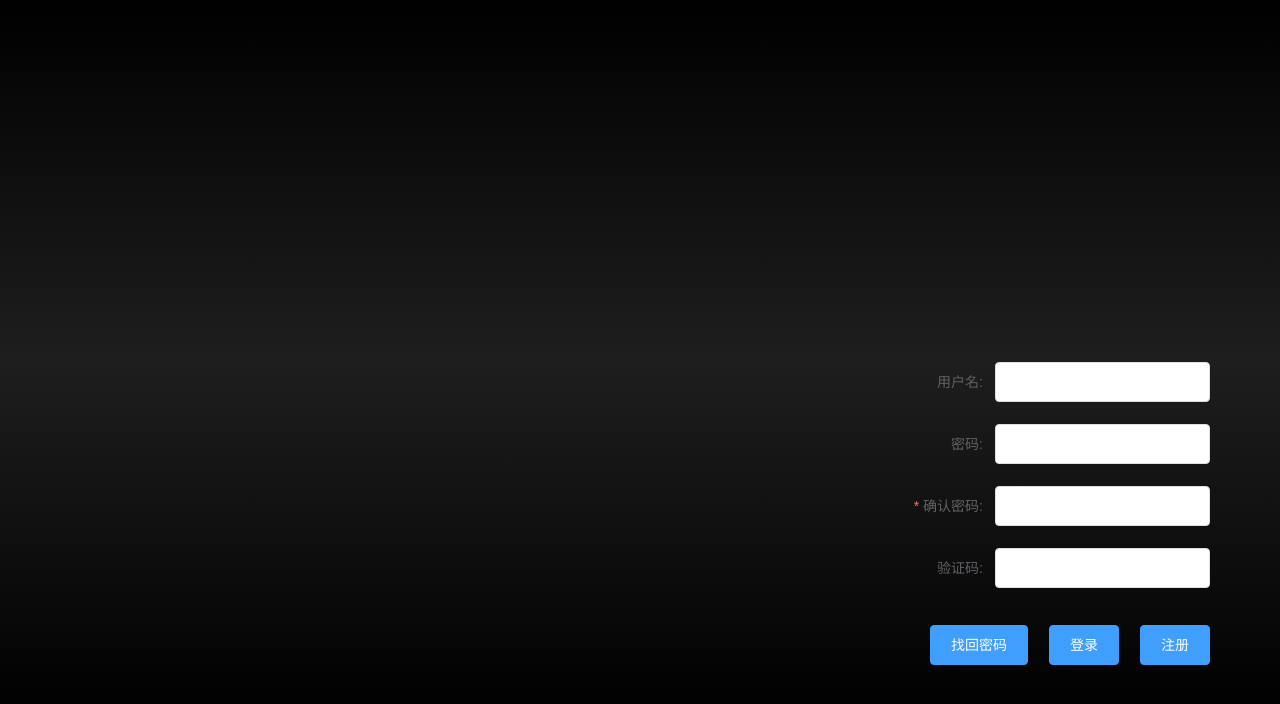
Repository: omsGroup/oms
Page: /
The author's editor kept a copy of each file at every save. The page is drawn from the files as they stood at one save, then again after the next save.
The browser window is 1280 px wide. The pictures show the whole page.
The project was rebuilt for these pictures with package versions that can differ from the ones it lists, and the page was loaded fresh each time.

Above is the page before, as saved 2018-09-02 20:10:20.

After the next save:
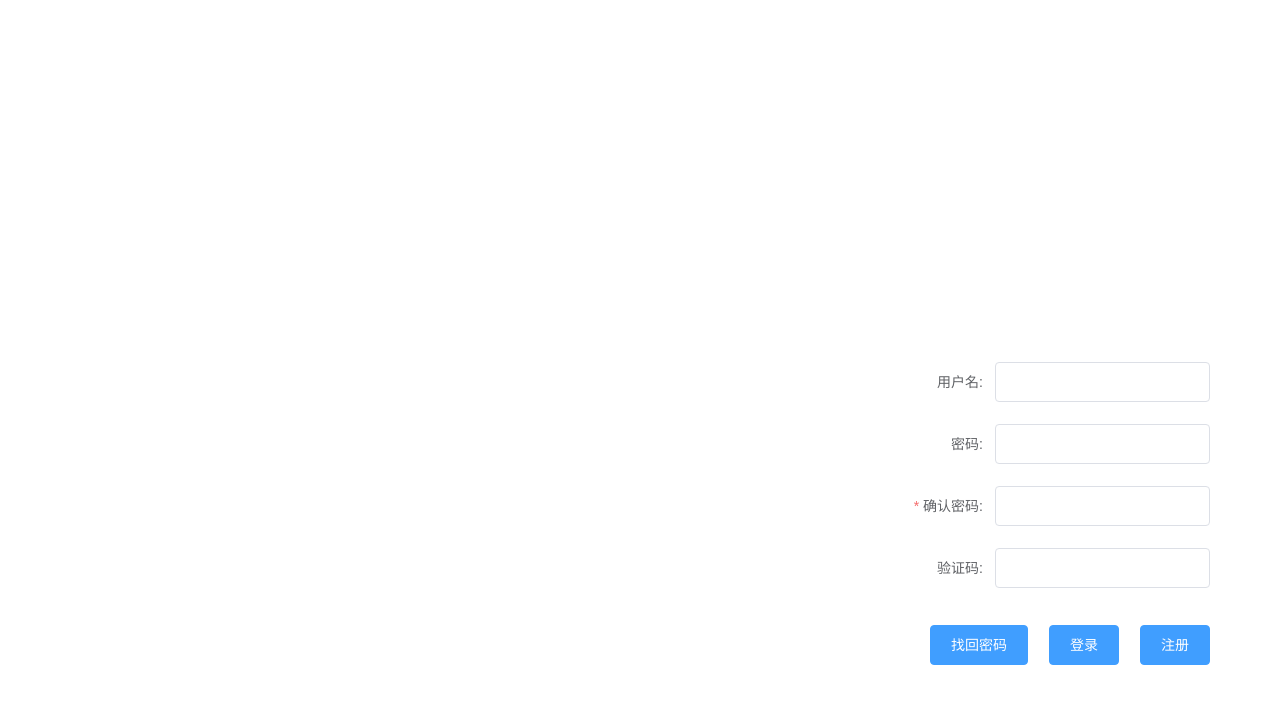
Saved 20 min 0 s later.
--- a/src/components/login.vue
+++ b/src/components/login.vue
@@ -150,7 +150,6 @@ export default {
         width: 100%;
         height: 100%;
         position: relative;
-        background: linear-gradient(to bottom, #000 0%, #1e1e1e 50%, #000 100%);
         .login-box {
             width: 300px;
             min-height: 280px;
